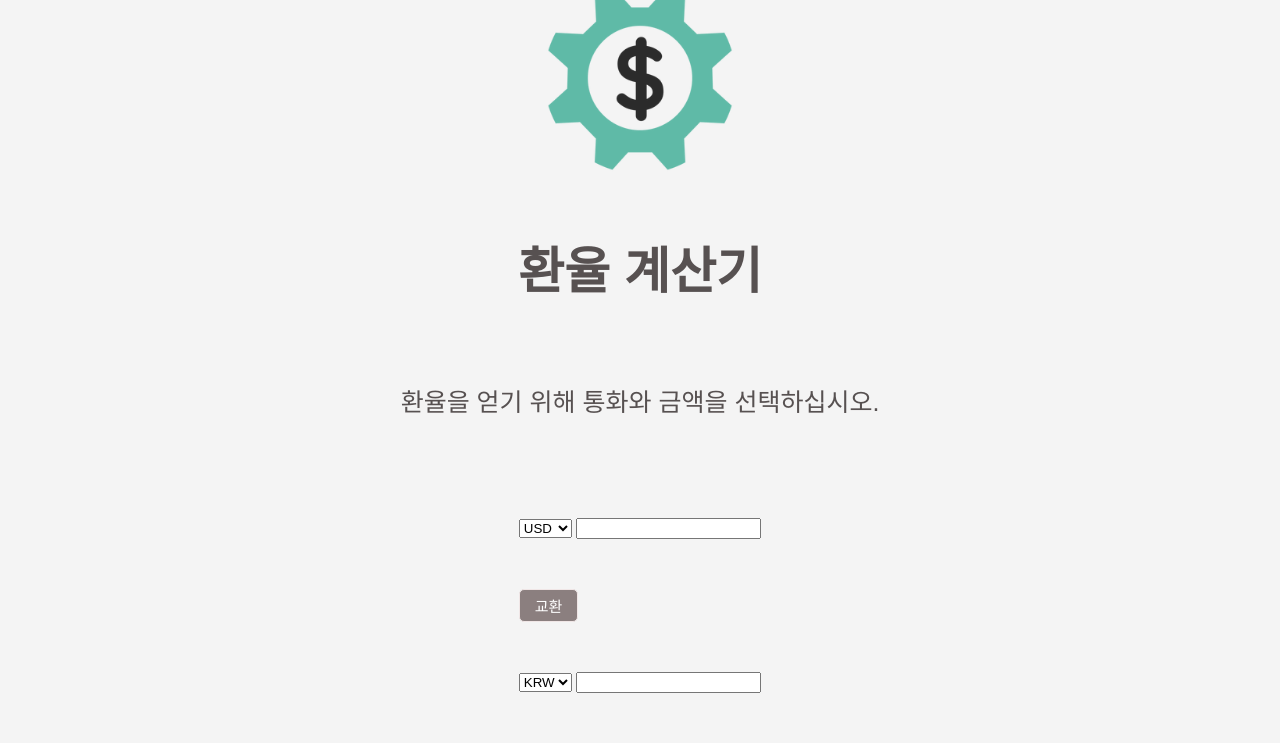
Repository: AbrorjonKuchkarov/exchange-rate
Page: index.html
These files come from the project's save history. The page is drawn as it stood at one moment and after the next save; the edit follows.
The browser window is 1280 px wide. The pictures show the whole page.

Above is the page before, as saved 2022-02-24 01:32:50.

After the next save:
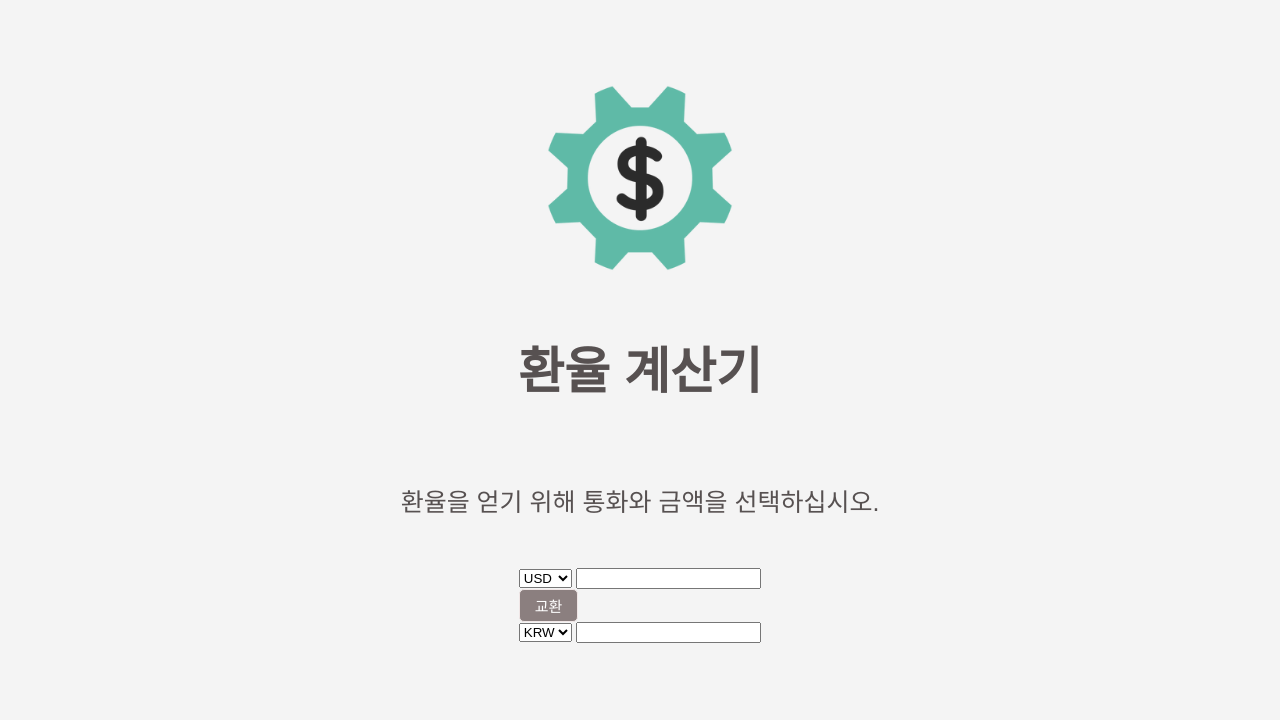
Saved 18 s later.
--- a/style.css
+++ b/style.css
@@ -42,8 +42,8 @@ p{
 }
 
 .currency {
-   margin: 30px 0;
-   padding: 20px 0;
+   /* margin: 30px 0;
+   padding: 20px 0; */
    /* display: flex; */
    /* align-items: center; */
    /* justify-content: space-between; */
